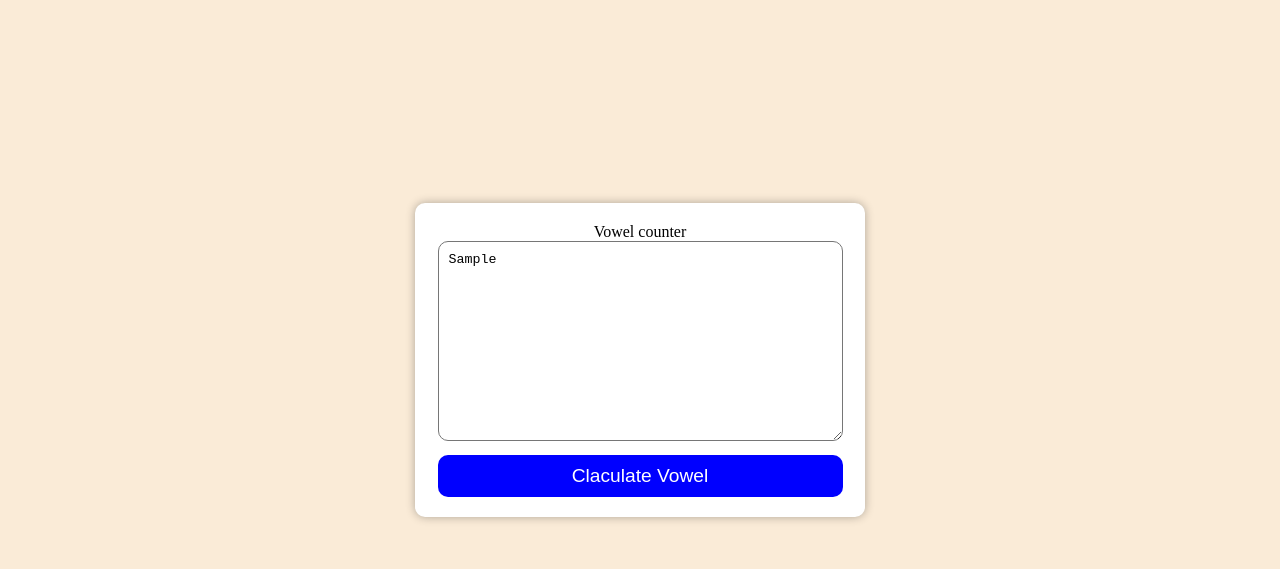
Repository: JunaidAnsari202/Vowel-counter
Page: index.html
These files come from the project's save history. The page is drawn as it stood at one moment and after a run of saves; the edit follows.
The browser window is 1280 px wide. The pictures show the whole page.
Empty fields were first filled with sample values (such as "Sample", 5 or name@example.com).
After loading, the first visible `#count` was clicked once.

Above is the page before, as saved 2024-10-17 12:08:26.

### index.html
<!DOCTYPE html>
<html lang="en">
<head>
    <meta charset="UTF-8">
    <meta name="viewport" content="width=device-width, initial-scale=1.0">
    <title>Vowel counter</title>
    <link rel="stylesheet" href="style.css">
</head>
<body>
    <div class="container">
        <div class="header">Vowel counter</div>
        <div class="textarea">
            <textarea name="vowelinput" id="textarea" rows="10" cols="30"></textarea>
        </div>
        <div class="count">
            <button id="count">Claculate Vowel</button>
        </div>
        <div class="output"></div>
    </div>
    <script src="script.js"></script>
</body>
</html>

### style.css
*{
    margin: 0;
    padding: 0;
    box-sizing: border-box;
}

body{
    background-color: antiquewhite;
    display: flex;
    justify-content: center;
    align-items: center;
    height: 100vh;

}

.container{
    width: 450px;
    text-align: center;
    background-color: white;
    border-radius: 10px;
    box-shadow: 0 0 10px rgba(0,0,0,0.3);
}

.header{
    margin-top: 10px;
    padding-top: 10px;
}

#textarea{
    width:90%;
    height: 200px;
    border-radius: 10px;
    padding: 10px;
    margin-bottom: 10px;
}

button{
    width: 90%;
    padding: 10px;
    border-radius: 10px;
    border: none;
    background-color: blue;
    cursor: pointer;
    color: white;
    margin-bottom:10px;
    font-size: 1.2rem;

}

.output{
    margin-bottom: 10px;
}

### script.js
const textarea=document.querySelector("#textarea");
const button=document.querySelector("#count");
const output=document.querySelector(".output");

button.addEventListener("click",()=>{
    if(textarea.value===""){
        output.innerHTML="Please enter some text";
    }else{
        const val=textarea.value;
        let count=0;
        for(let i=0; i<val.length;i++){
            if(val[i]==="a" || val[i]==="e" || val[i]==="i" || val[i]==="o" || val[i]==="u"){
                count++;
            }
        }
    }
});

After the next 27 saves:
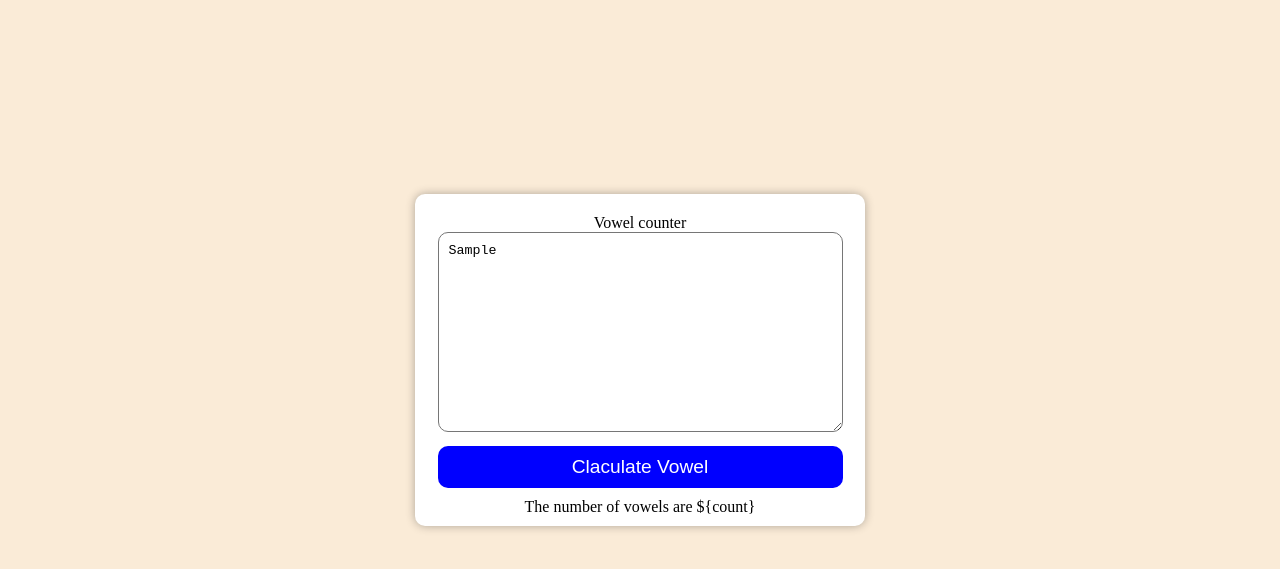
The 27 saves are shown as one change because they came seconds apart.
The last was saved 2 min 44 s later.
--- a/script.js
+++ b/script.js
@@ -13,5 +13,6 @@ button.addEventListener("click",()=>{
                 count++;
             }
         }
+        output.innerHTML="The number of vowels are ${count}"
     }
 });
